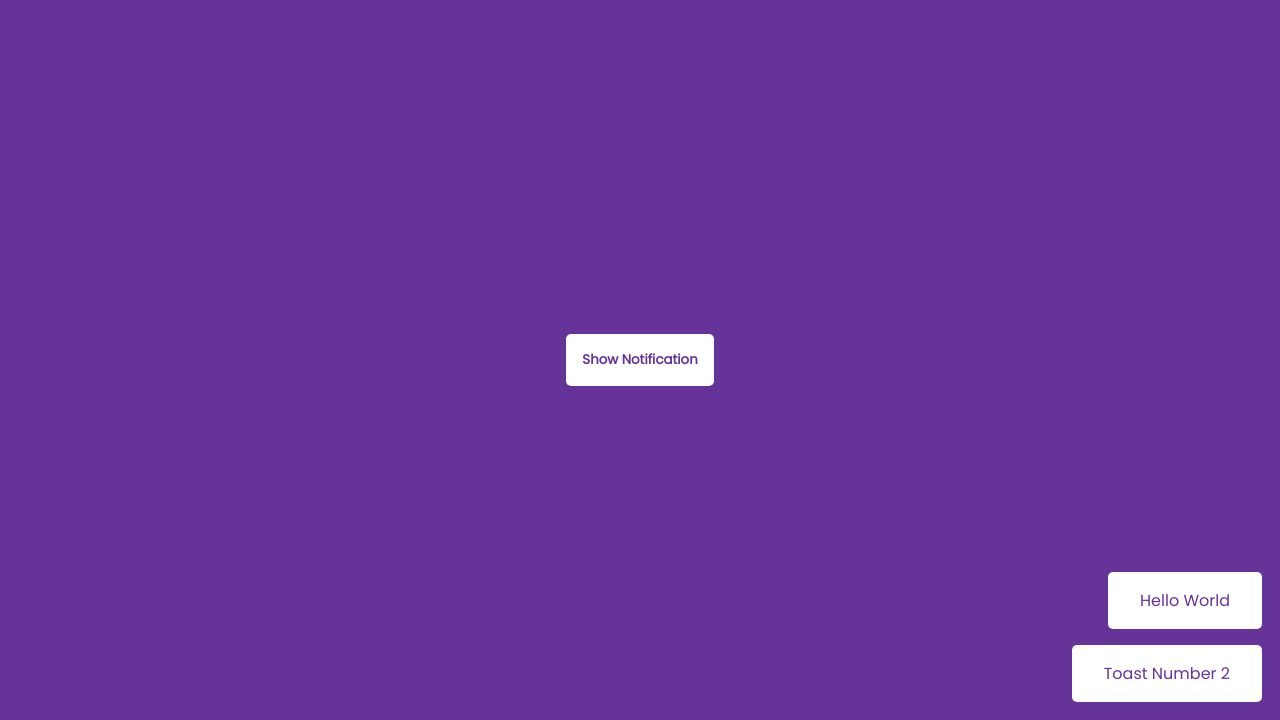
Repository: eagle-tex/50-projects-BT
Page: 27-toast-notification/index.html
The author's editor kept a copy of each file at every save. The page is drawn from the files as they stood at one save, then again after the next save.
The browser window is 1280 px wide. The pictures show the whole page.

Above is the page before, as saved 2021-01-19 22:10:29.

After the next save:
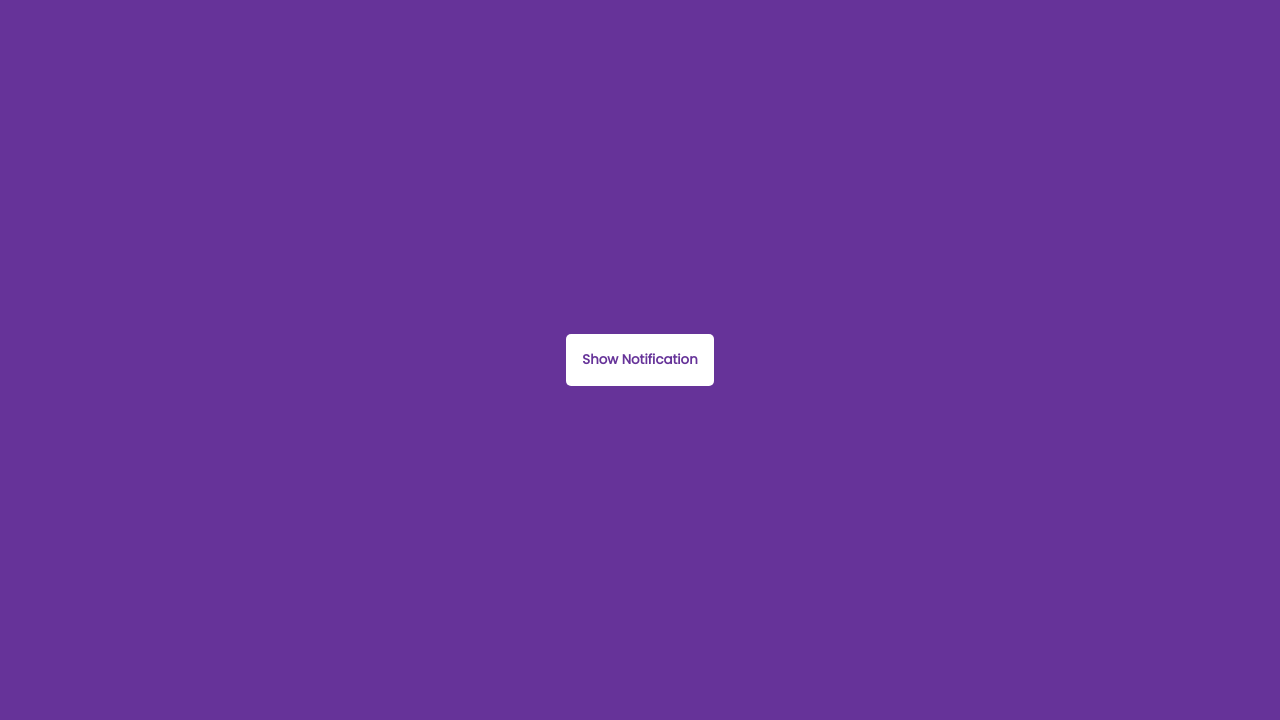
Saved 24 s later.
--- a/27-toast-notification/index.html
+++ b/27-toast-notification/index.html
@@ -10,8 +10,8 @@
 
 <body>
   <div id="toasts">
-    <div class="toast">Hello World</div>
-    <div class="toast">Toast Number 2</div>
+    <!-- <div class="toast">Hello World</div>
+    <div class="toast">Toast Number 2</div> -->
   </div>
 
   <button class="btn" id="button">Show Notification</button>
